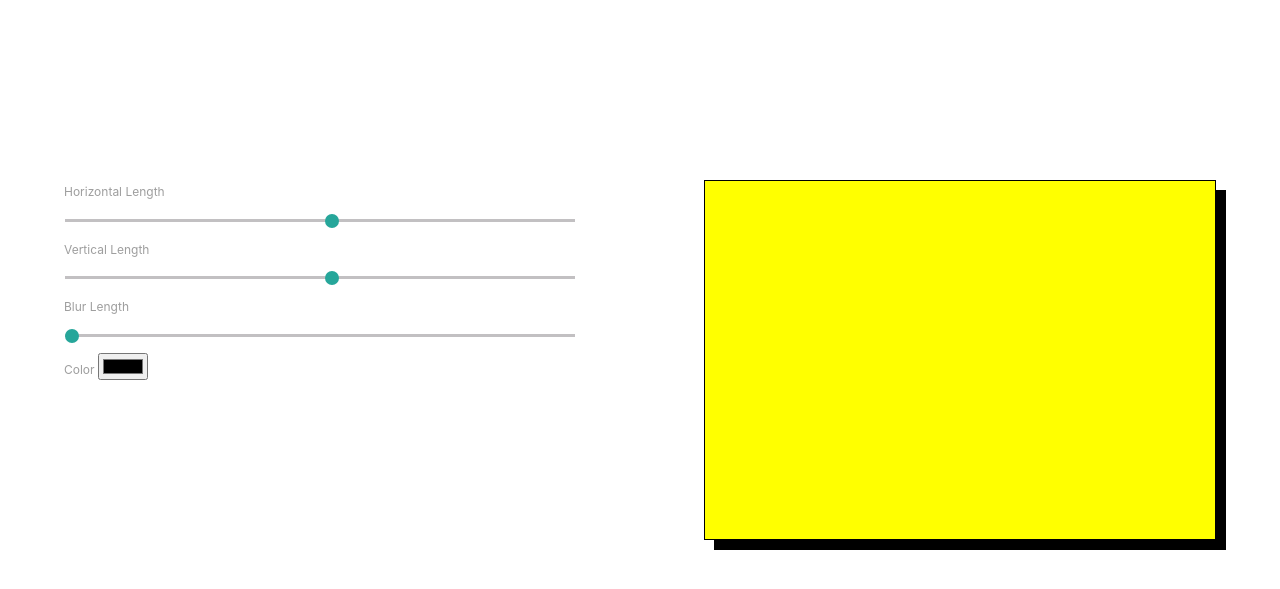
Repository: imrvj/Box-Shadow
Page: /
These files come from the project's save history. The page is drawn as it stood at one moment and after the next save; the edit follows.
The browser window is 1280 px wide. The pictures show the whole page.
The project was rebuilt for these pictures with package versions that can differ from the ones it lists, and the page was loaded fresh each time.

Above is the page before, as saved 2020-02-19 23:38:02.

### public/index.html
<!DOCTYPE html>
<html lang="en">
  <head>
    <meta charset="utf-8" />
    <link rel="icon" href="%PUBLIC_URL%/favicon.ico" />
    <meta name="viewport" content="width=device-width, initial-scale=1" />
    <meta name="theme-color" content="#000000" />
    <meta
      name="description"
      content="Web site created using create-react-app"
    />
    <link rel="apple-touch-icon" href="%PUBLIC_URL%/logo192.png" />
    <!--
      manifest.json provides metadata used when your web app is installed on a
      user's mobile device or desktop. See https://developers.google.com/web/fundamentals/web-app-manifest/
    -->
    <link rel="manifest" href="%PUBLIC_URL%/manifest.json" />
    <!--
      Notice the use of %PUBLIC_URL% in the tags above.
      It will be replaced with the URL of the `public` folder during the build.
      Only files inside the `public` folder can be referenced from the HTML.

      Unlike "/favicon.ico" or "favicon.ico", "%PUBLIC_URL%/favicon.ico" will
      work correctly both with client-side routing and a non-root public URL.
      Learn how to configure a non-root public URL by running `npm run build`.
    -->
    <!-- Compiled and minified CSS -->
    <link rel="stylesheet" href="https://cdnjs.cloudflare.com/ajax/libs/materialize/1.0.0/css/materialize.min.css">

    <title>React App</title>
  </head>
  <body>
    <noscript>You need to enable JavaScript to run this app.</noscript>
    <div id="root"></div>
    <!--
      This HTML file is a template.
      If you open it directly in the browser, you will see an empty page.

      You can add webfonts, meta tags, or analytics to this file.
      The build step will place the bundled scripts into the <body> tag.

      To begin the development, run `npm start` or `yarn start`.
      To create a production bundle, use `npm run build` or `yarn build`.
    -->
       <!-- Compiled and minified JavaScript -->
       <script src="https://cdnjs.cloudflare.com/ajax/libs/materialize/1.0.0/js/materialize.min.js"></script>

  </body>
</html>

### src/App.js
import React, { useState } from 'react';

import './App.css';

function App() {
  const [Hori, setHori] = useState(10)
  const [Veri, setVeri] = useState(10)
  const [Blur, setBlur] = useState(0)
  const [Color, setColor] = useState("black")
  return (
    <>

    <div className="App">

      <div className="controls">
      <label>Horizontal Length</label>
      <input type="range"  min="-200" max="200" value={Hori} onChange={(e)=>setHori(e.target.value)}/>
      <label>Vertical Length</label>
      <input type="range"  min="-200" max="200" value={Veri} onChange={(e)=>setVeri(e.target.value)}/>
      <label>Blur Length</label>
      <input type="range"  min="0" max="200" value={Blur} onChange={(e)=>setBlur(e.target.value)}/>
      <label>Color </label>
      <input type="color"  min="0" max="200" value={Color} onChange={(e)=>setColor(e.target.value)}/>
     </div>
      <div className="output">
        <div className="Box" style={{boxShadow:`${Hori}px ${Veri}px ${Blur}px ${Color}`}}></div>
      </div>
    </div>
    </>
  );
}

export default App;

### src/App.css
.App
{
    display: flex;
    justify-content: space-around;
    height: 100vh;
    align-items: center;
}

.Box
{
    width: 40vw;
    height: 50vh;
    border: solid 1px black;
    background-color: yellow;
    color:white;
}

.controls
{
    width: 40vw;
    height: 50vh;
}

Loaded but not shown: src/index.js (common file); src/index.css (common file); src/serviceWorker.js (common file)

After the next save:
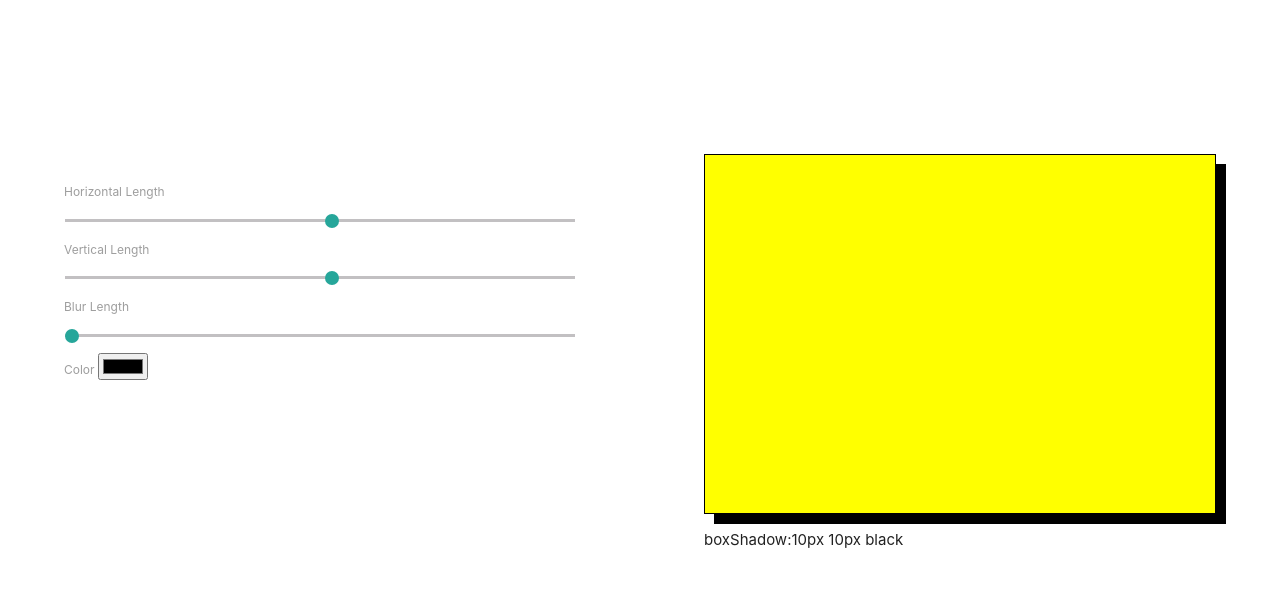
Saved 3 min 39 s later.
--- a/src/App.js
+++ b/src/App.js
@@ -24,6 +24,7 @@ function App() {
      </div>
       <div className="output">
         <div className="Box" style={{boxShadow:`${Hori}px ${Veri}px ${Blur}px ${Color}`}}></div>
+  <p>boxShadow:{Hori}px {Veri}px {Color}</p>
       </div>
     </div>
     </>
